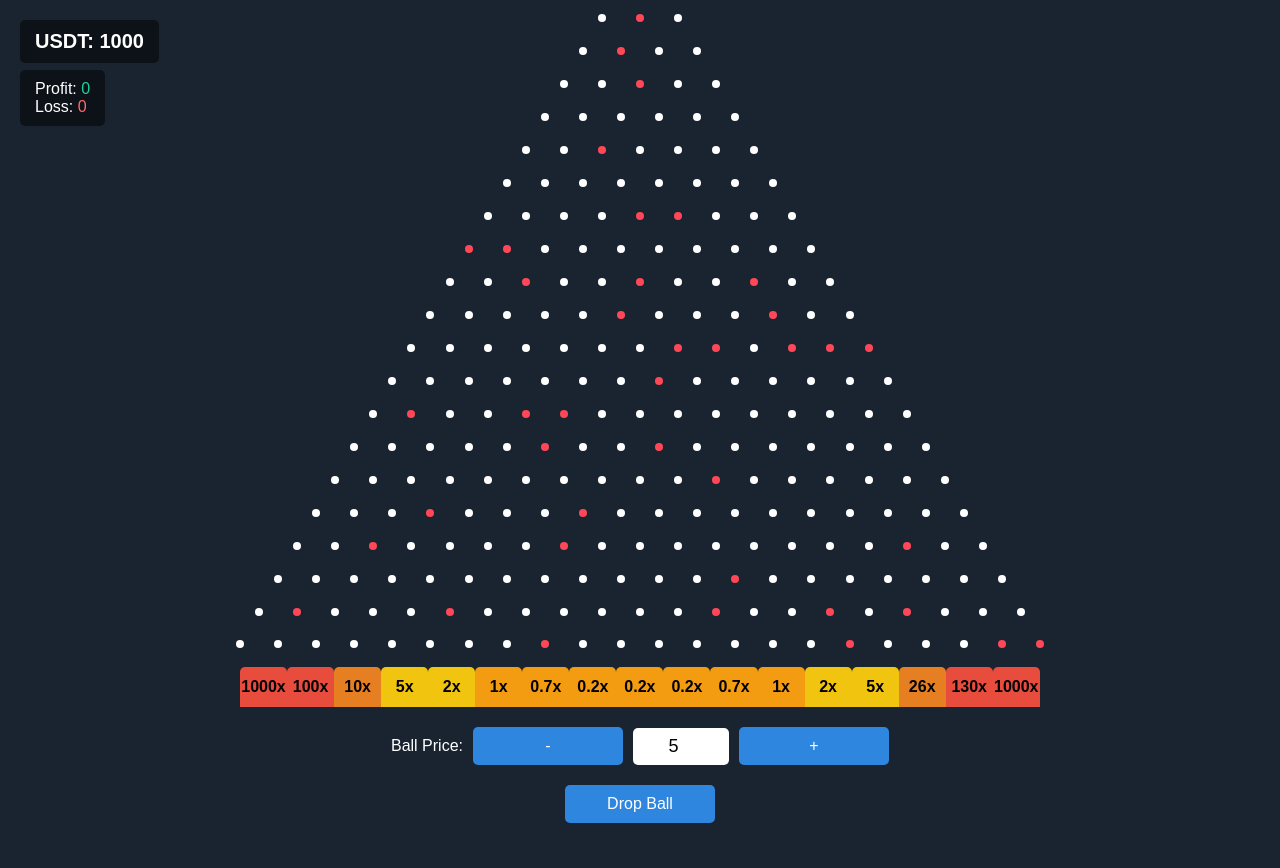
Repository: daffa-alif/PLINKO-JS
Page: index.html
An editor plug-in stored every save of this project. The page is shown before and after the next save, followed by the edit.
The browser window is 1280 px wide. The pictures show the whole page.

Above is the page before, as saved 2025-03-07 09:26:52.

After the next save:
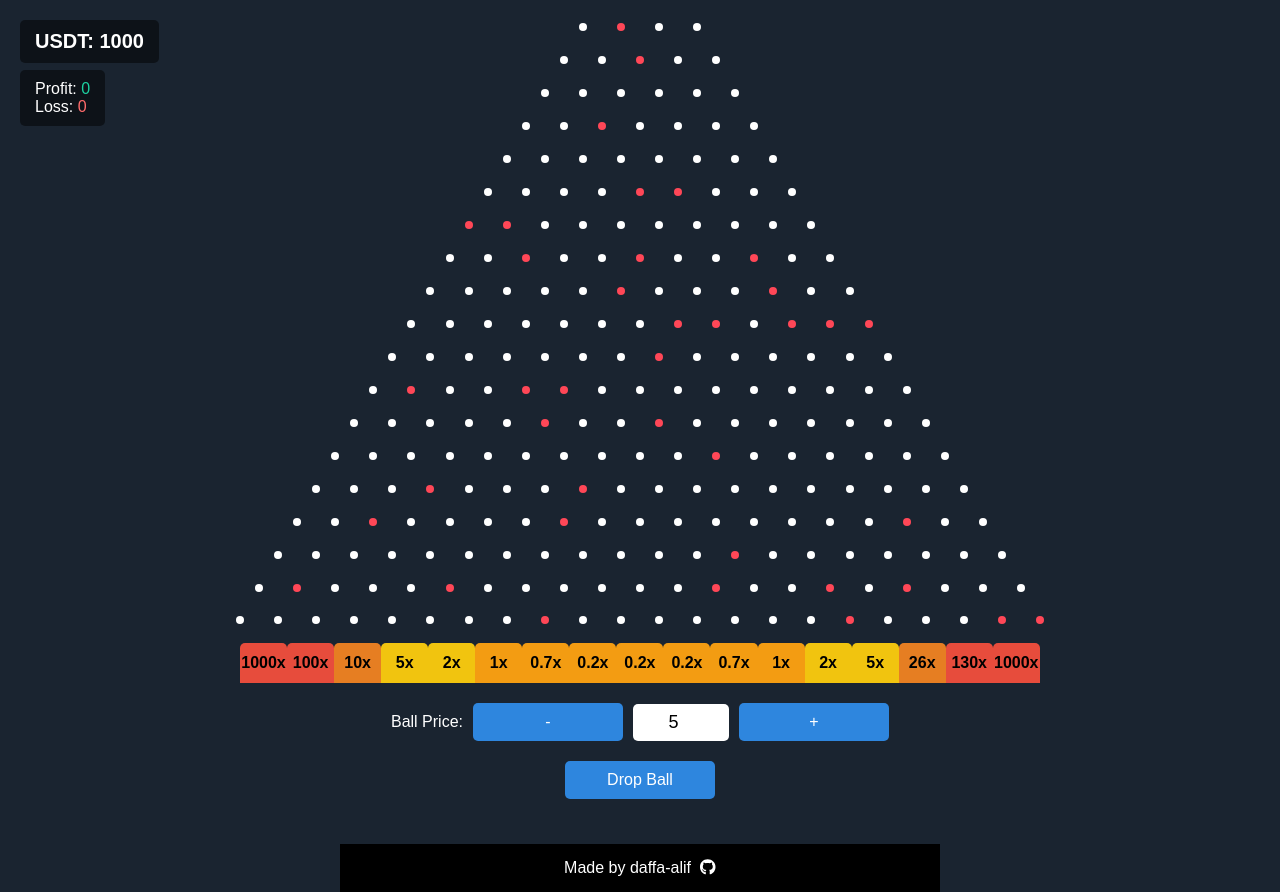
Saved 98 s later.
--- a/index.html
+++ b/index.html
@@ -213,6 +213,16 @@
     </div>
 
 </div>
+<footer style="background-color: black; color: white; text-align: center; padding: 15px;">
+    Made by daffa-alif
+    <a href="https://github.com/daffa-alif" target="_blank" style="color: white; margin-left: 5px;">
+        <i class="fab fa-github"></i>
+    </a>
+</footer>
+
+<!-- FontAwesome CDN for GitHub Icon -->
+<script src="https://cdnjs.cloudflare.com/ajax/libs/font-awesome/6.4.2/js/all.min.js"></script>
+
 </div>
 <script src="script.js"></script>
 </body>

After the 6 saves that followed:
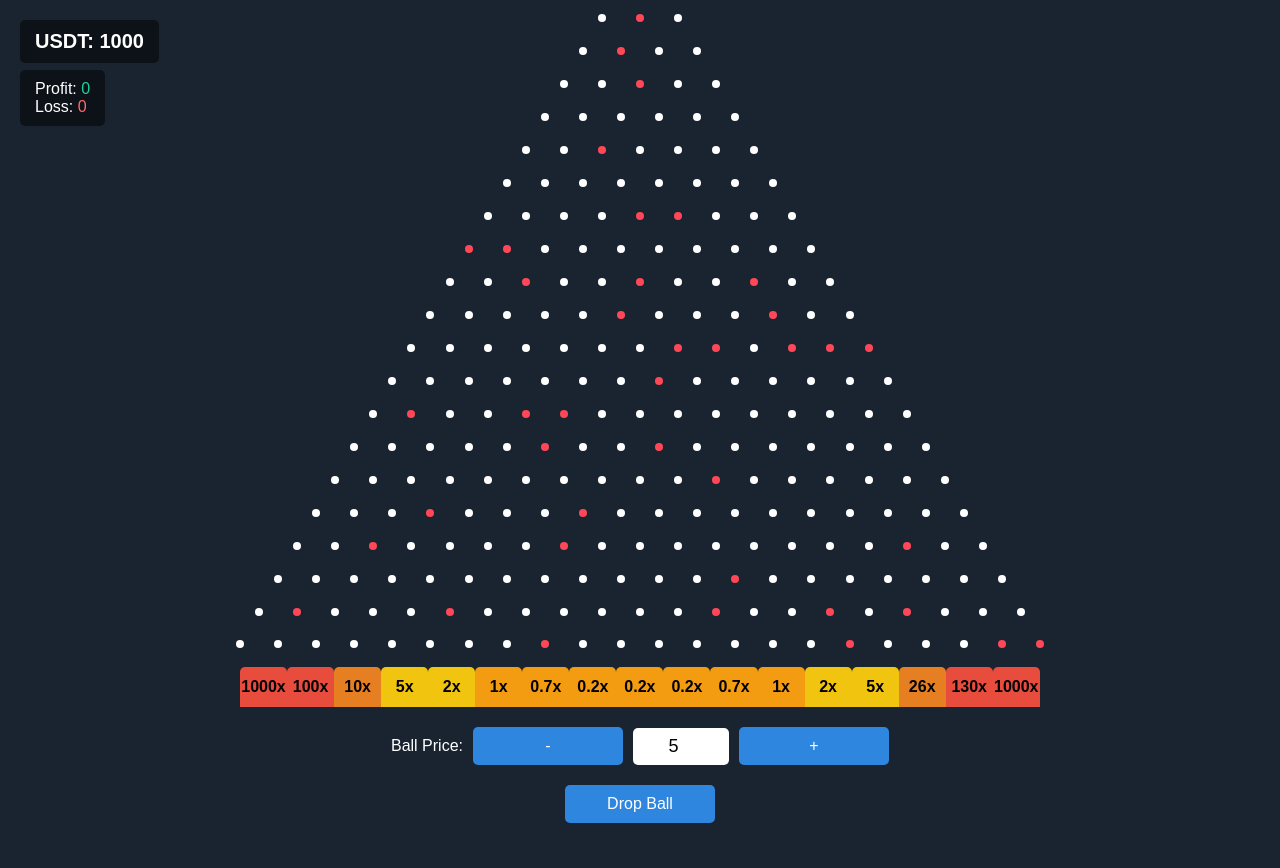
The 6 saves are shown as one change because 1 left the picture as it was and some came seconds apart.
The last was saved 22 s later.
--- a/index.html
+++ b/index.html
@@ -213,17 +213,8 @@
     </div>
 
 </div>
-<footer style="background-color: black; color: white; text-align: center; padding: 15px;">
-    Made by daffa-alif
-    <a href="https://github.com/daffa-alif" target="_blank" style="color: white; margin-left: 5px;">
-        <i class="fab fa-github"></i>
-    </a>
-</footer>
-
-<!-- FontAwesome CDN for GitHub Icon -->
-<script src="https://cdnjs.cloudflare.com/ajax/libs/font-awesome/6.4.2/js/all.min.js"></script>
-
-</div>
+</div>
+
 <script src="script.js"></script>
 </body>
 </html>
